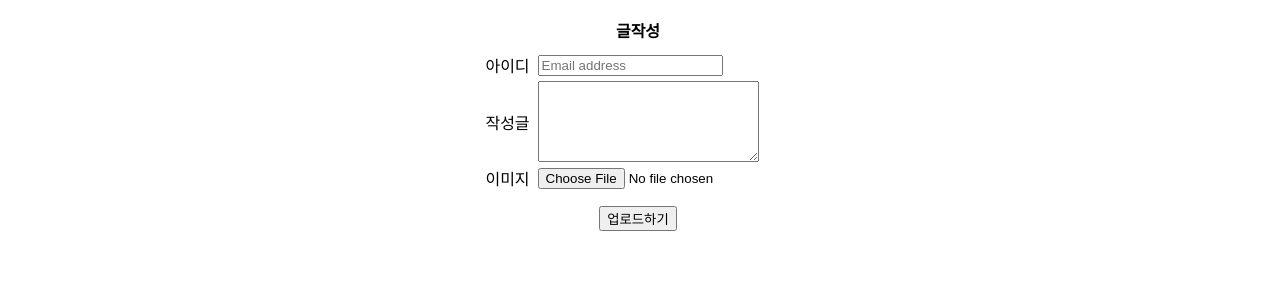
Repository: Do-yoon/JSP_source_code
Page: Hello2/src/main/webapp/feedAdd.html
The author's editor kept a copy of each file at every save. The page is drawn from the files as they stood at one save, then again after the next save.
The browser window is 1280 px wide. The pictures show the whole page.

Above is the page before, as saved 2021-04-29 03:06:19.

### Hello2/src/main/webapp/feedAdd.html
<html>
<head>
<meta charset="utf-8">
</head>
<body>
<form action="feedAdd.jsp" method="post" enctype="multipart/form-data">
<table align=center>
<tr><td colspan=2 align=center height=40><b>글작성</b><td></tr>
<tr>
    <td align=right>아이디&nbsp;</td>
    <td><input type="text" name="id" placeholder="Email address" required></td>
</tr>
<tr>
    <td align=right>작성글&nbsp;</td>
    <td><textarea name="content" rows=5 cols=25></textarea></td>
</tr>
<tr>
    <td align=right>이미지&nbsp;</td>
    <td><input type="file" name="image"></td>
</tr>
<tr>
    <td colspan=2 align=center height=50>
        <input type="submit" value="업로드하기">
    </td>
</tr>
</table>
</form>
</body>
</html>

After the next save:
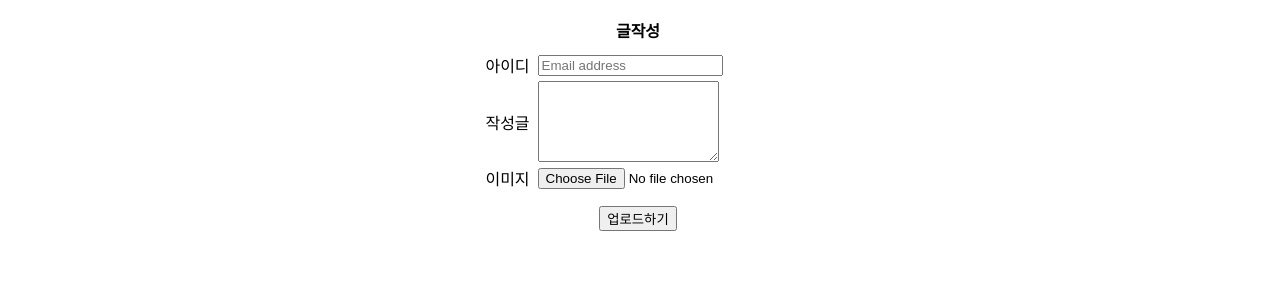
Saved 7 s later.
--- a/Hello2/src/main/webapp/feedAdd.html
+++ b/Hello2/src/main/webapp/feedAdd.html
@@ -12,7 +12,7 @@
 </tr>
 <tr>
     <td align=right>작성글&nbsp;</td>
-    <td><textarea name="content" rows=5 cols=25></textarea></td>
+    <td><textarea name="content" rows=5 cols=20></textarea></td>
 </tr>
 <tr>
     <td align=right>이미지&nbsp;</td>
